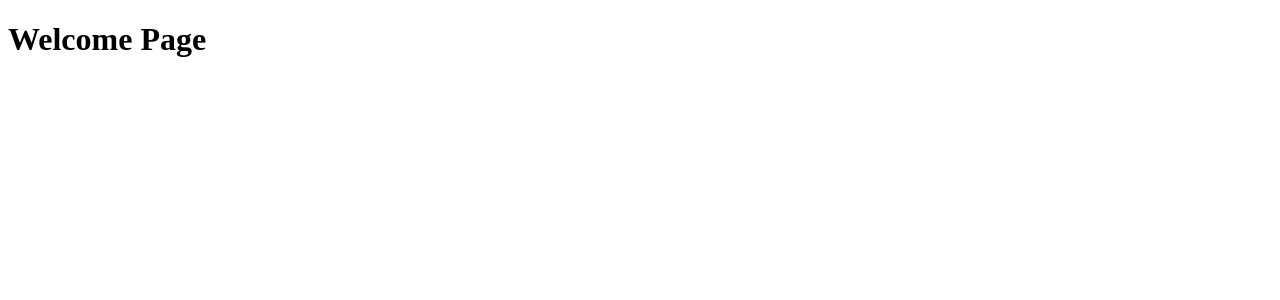
Repository: Ahmad-hamdan98/Java_Project
Page: http://localhost/javaproject/WIB-INF/Welcome.jsp
These files come from the project's save history. The page is drawn as it stood at one moment and after the next save; the edit follows.
The browser window is 1280 px wide. The pictures show the whole page.
The page is served by Tomcat 9. Other server files are loaded and not shown.

Above is the page before, as saved 2022-11-20 21:44:31.

### atfirst/javaproject/src/main/webapp/WIB-INF/Welcome.jsp
 <%@ page language="java" contentType="text/html; charset=UTF-8" pageEncoding="UTF-8"%>
<!-- c:out ; c:forEach etc. -->
  <%@taglib uri="http://java.sun.com/jsp/jstl/core" prefix="c"%>
 <!-- Formatting (dates) -->
<%@taglib uri="http://java.sun.com/jsp/jstl/fmt" prefix="fmt"%>
<!-- form:form -->
<%@ taglib prefix="form" uri="http://www.springframework.org/tags/form"%>
<!-- for rendering errors on PUT routes -->
<%@ page isErrorPage="true" %>
<!DOCTYPE html>
<html>
<head>
<meta charset="ISO-8859-1">
<title>Insert title here</title>
</head>
<body>
<h1>Welcome ${user.firstName} Page</h1>

</body>
</html>

After the next save:
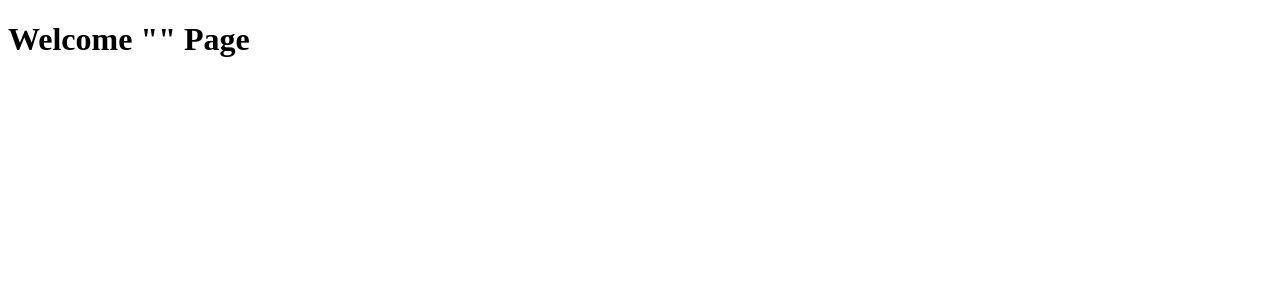
Saved 104 s later.
--- a/atfirst/javaproject/src/main/webapp/WIB-INF/Welcome.jsp
+++ b/atfirst/javaproject/src/main/webapp/WIB-INF/Welcome.jsp
@@ -14,7 +14,7 @@
 <title>Insert title here</title>
 </head>
 <body>
-<h1>Welcome ${user.firstName} Page</h1>
+<h1>Welcome "${user.firstName}" Page</h1>
 
 </body>
 </html>
